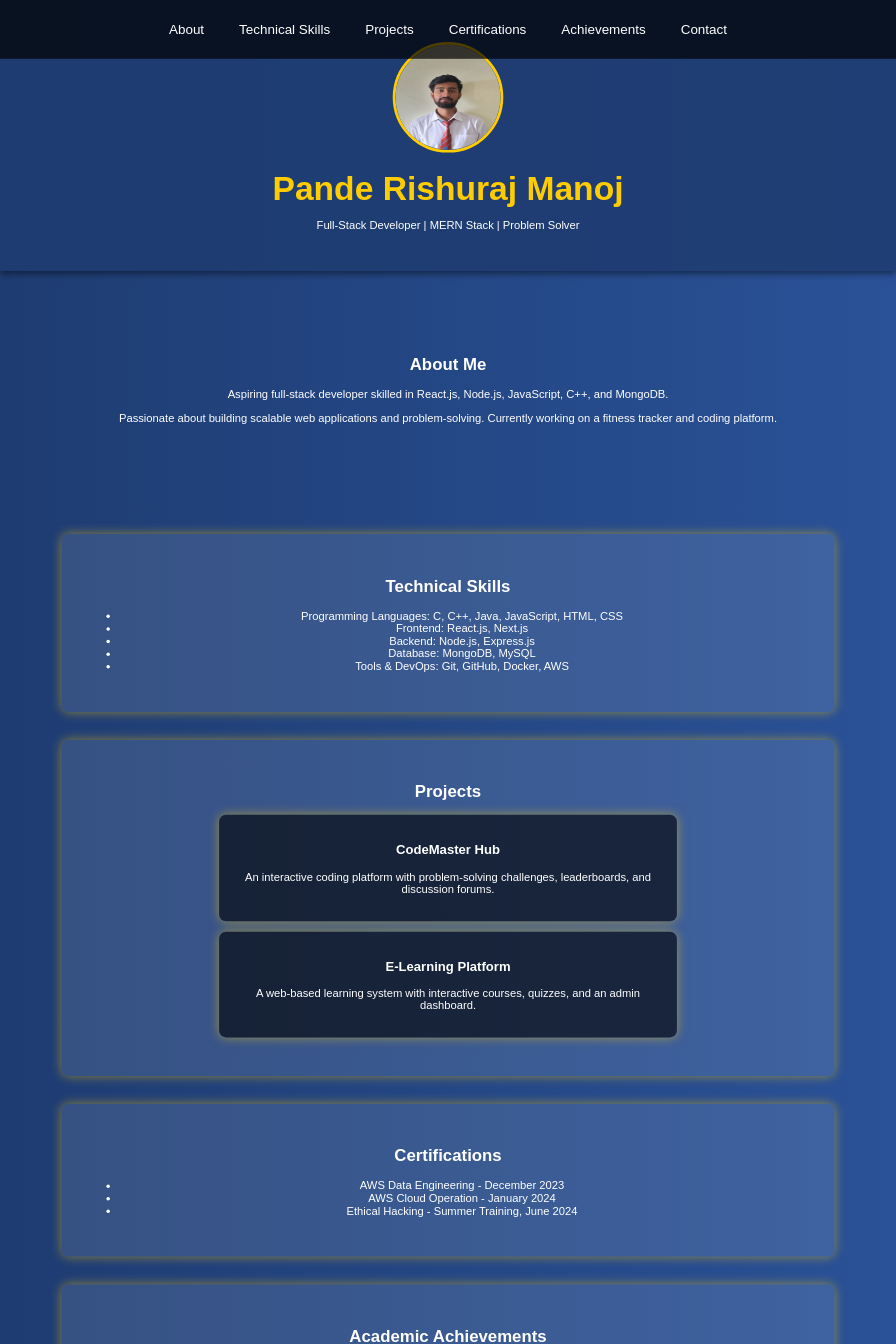
Repository: Rishuraj-Pandey/portfolio
Page: index.html
The author's editor kept a copy of each file at every save. The page is drawn from the files as they stood at one save, then again after the next save.
The browser window is 1280 px wide. The pictures show the part of the page from y = 0 to 1920 px (the page is 2791 px tall), at 70% of full size.

Above is the page before, as saved 2025-03-22 01:10:49.

After the next save:
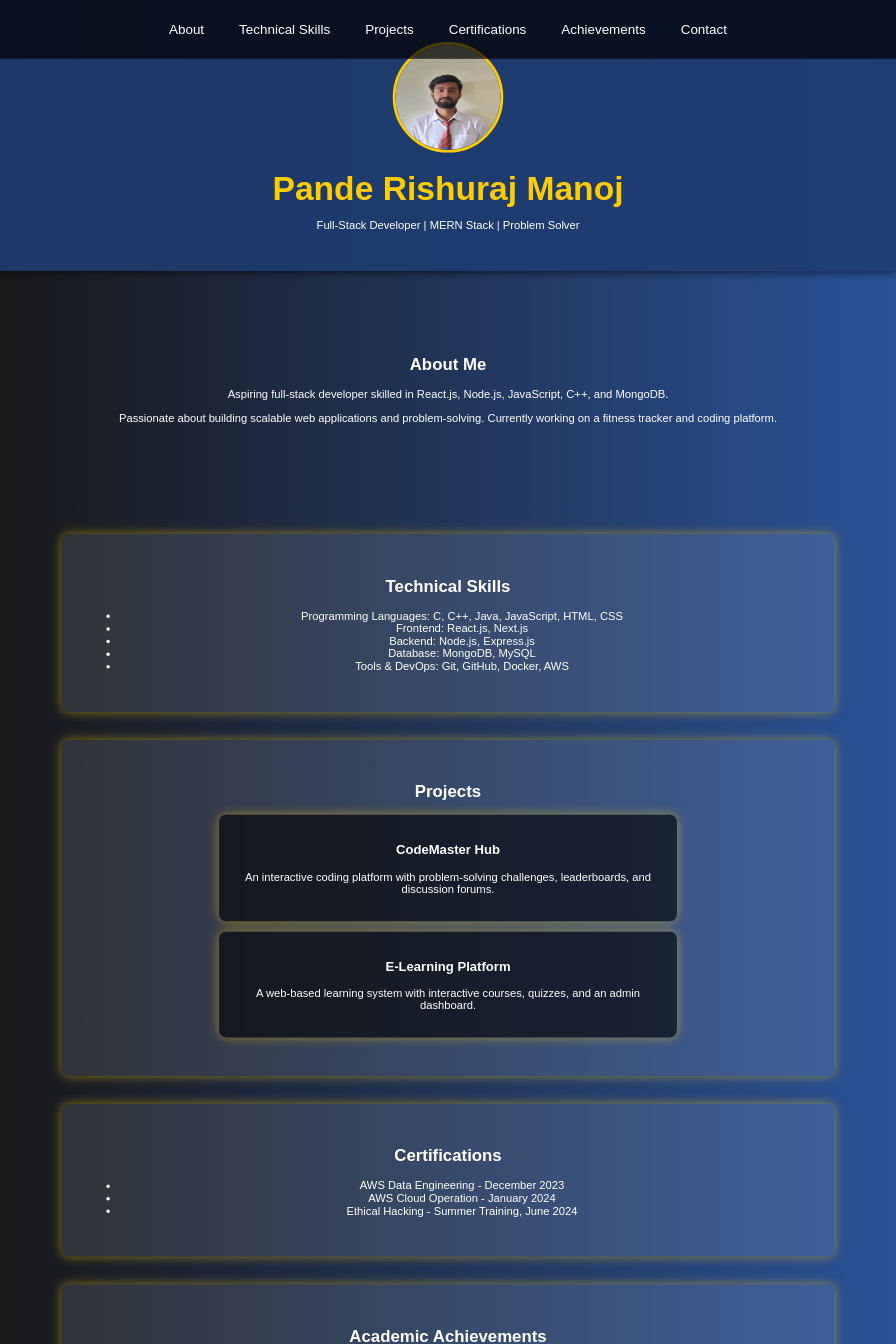
Saved 17 s later.
--- a/style.css
+++ b/style.css
@@ -2,7 +2,7 @@ body {
     font-family: 'Poppins', sans-serif;
     margin: 0;
     padding: 0;
-    background: linear-gradient(to right, #1e3c72, #2a5298);
+    background: linear-gradient(to right, #181819, #2a5298);
     color: white;
     text-align: center;
     scroll-behavior: smooth;
